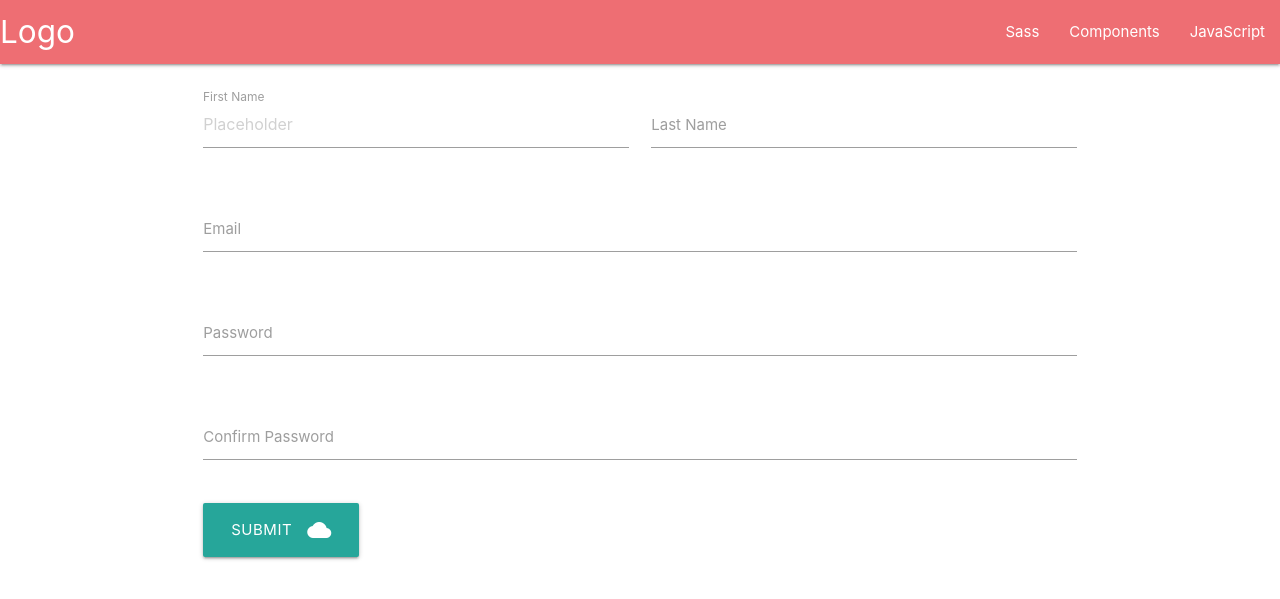
Repository: RavinakS/signup-page-html-js
Page: index.html
An editor plug-in stored every save of this project. The page is shown before and after the next save, followed by the edit.
The browser window is 1280 px wide. The pictures show the whole page.

Above is the page before, as saved 2021-12-13 11:41:44.

### index.html
<!DOCTYPE html>
<html lang="en">
<head>
    <meta charset="UTF-8">
    <meta http-equiv="X-UA-Compatible" content="IE=edge">
    <meta name="viewport" content="width=device-width, initial-scale=1.0">

    <title>Document</title>
    <link href="https://fonts.googleapis.com/icon?family=Material+Icons" rel="stylesheet">
    <link rel="stylesheet" href="https://cdnjs.cloudflare.com/ajax/libs/materialize/1.0.0/css/materialize.min.css">
    <script src="https://cdnjs.cloudflare.com/ajax/libs/materialize/1.0.0/js/materialize.min.js"></script>

</head>
<body>
    <nav>
        <div class="nav-wrapper">
          <a href="#" class="brand-logo">Logo</a>
          <ul id="nav-mobile" class="right hide-on-med-and-down">
            <li><a href="sass.html">Sass</a></li>
            <li><a href="badges.html">Components</a></li>
            <li><a href="collapsible.html">JavaScript</a></li>
          </ul>
        </div>
      </nav>
      <br/>
    <div class="container">
        <div class="row">
            <form class="col s12">
              <div class="row">
                <div class="input-field col s6">
                  <input placeholder="Placeholder" id="first_name" type="text" class="validate" name="firstName">
                  <label for="first_name">First Name</label>
                </div>
                <div class="input-field col s6">
                  <input id="last_name" type="text" class="validate" name="lastName">
                  <label for="last_name">Last Name</label>
                </div>
              </div>
              <div class="row">
                <div class="input-field col s12">
                  <input id="email" type="email" class="validate" name="email">
                  <label for="email">Email</label>
                </div>
              </div>
              <div class="row">
                <div class="input-field col s12">
                  <input id="password" type="password" class="validate" name="password">
                  <label for="password">Password</label>
                </div>
              </div>
              <div class="row">
                <div class="input-field col s12">
                  <input id="cPassword" type="password" class="validate" name="cPassword">
                  <label for="password">Confirm Password</label>
                </div>
              </div>
              <a class="waves-effect waves-light btn-large"><i class="material-icons right" type="submit">cloud</i>Submit</a>
            </form>
          </div>
    </div>
</body>

<script>
    const regexObject = {
        name: new RegExp(/^([a-zA-Z]{2,}\s[a-zA-Z]{1,}'?-?[a-zA-Z]{2,}\s?([a-zA-Z]{1,})?)/),
        email: new RegExp(/^\w+([\.-]?\w+)*@\w+([\.-]?\w+)*(\.\w{2,3})+$/),
        password: new RegExp(/^(?=.*[A-Za-z])(?=.*\d)[A-Za-z\d]{8,}$/)
    }

    const formValidation = () =>{
        const firstName = document.getElementById('first_name').value
        const lastName = document.getElementById('last_name').value
        const email = document.getElementById('email').value
        const password = document.getElementById('password').value
        const cPassword = document.getElementById('cPassword').value

    }
</script>

</html>

After the next save:
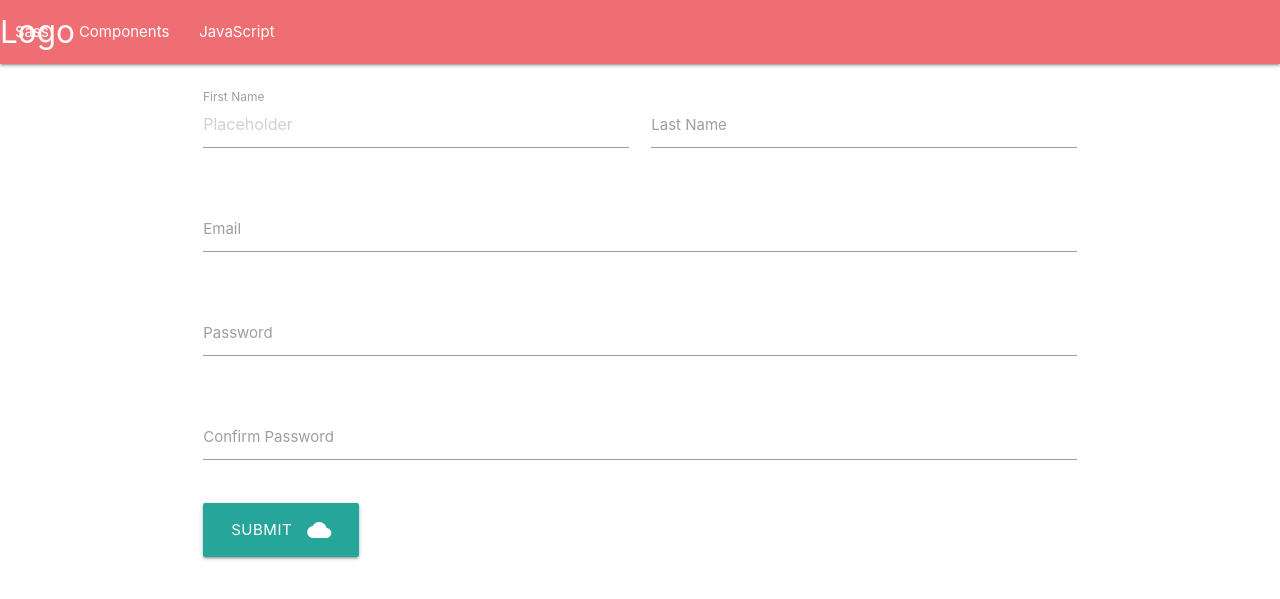
Saved 2 min 17 s later.
--- a/index.html
+++ b/index.html
@@ -15,7 +15,7 @@
     <nav>
         <div class="nav-wrapper">
           <a href="#" class="brand-logo">Logo</a>
-          <ul id="nav-mobile" class="right hide-on-med-and-down">
+          <ul id="nav-mobile" class="left hide-on-med-and-down">
             <li><a href="sass.html">Sass</a></li>
             <li><a href="badges.html">Components</a></li>
             <li><a href="collapsible.html">JavaScript</a></li>

After the save that followed:
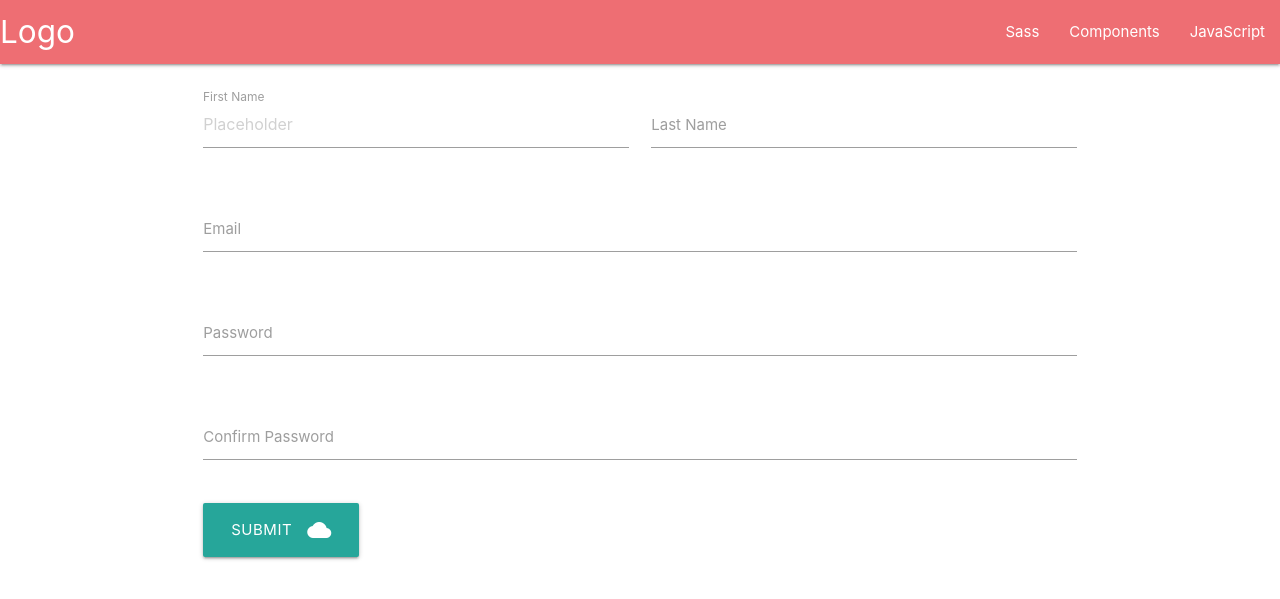
Saved 8 s later.
--- a/index.html
+++ b/index.html
@@ -15,7 +15,7 @@
     <nav>
         <div class="nav-wrapper">
           <a href="#" class="brand-logo">Logo</a>
-          <ul id="nav-mobile" class="left hide-on-med-and-down">
+          <ul id="nav-mobile" class="right hide-on-med-and-down">
             <li><a href="sass.html">Sass</a></li>
             <li><a href="badges.html">Components</a></li>
             <li><a href="collapsible.html">JavaScript</a></li>
